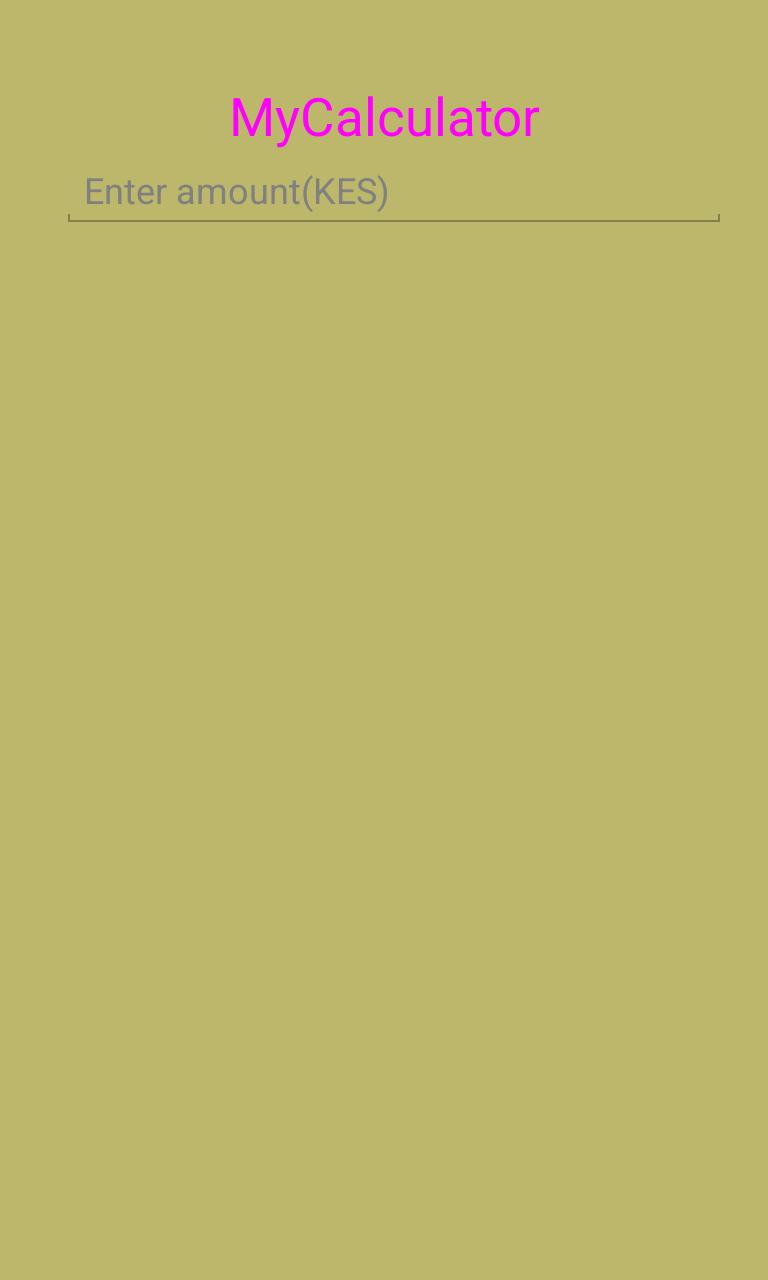
Repository: njiiriJohnii/Android-projects
Layout: MySimpleCalc/res/layout/activity_main.xml
The author's editor kept a copy of each file at every save. The layout is drawn from the files as they stood at one save, then again after the next save.
It is drawn on a 768 x 1280 px phone screen (xhdpi) without system bars, with theme AppTheme; the app's code is not run.

Above is the layout before, as saved 2014-05-29 08:29:05.

### MySimpleCalc/res/layout/activity_main.xml
<LinearLayout xmlns:android="http://schemas.android.com/apk/res/android"
    android:layout_width="fill_parent"
    android:layout_height="fill_parent"
    android:orientation="vertical"
    android:background="#BDB76B">
    <TextView
        android:layout_width="fill_parent"
        android:layout_height="wrap_content"
        android:text="MyCalculator"
        android:layout_marginTop="40dp"
        android:gravity="center"
        android:textColor="#FF00FF"
        android:textSize="12pt"
        />
    <EditText
        android:layout_width="fill_parent"
        android:layout_height="wrap_content"
        android:hint="Enter amount(KES)"
        android:layout_marginLeft="30dp"
        android:layout_marginRight="20dp"
        />


</LinearLayout>

Loaded but not shown: MySimpleCalc/res/values/styles.xml (common file); MySimpleCalc/res/values-v11/styles.xml (common file); MySimpleCalc/res/values-v14/styles.xml (common file)

After the next save:
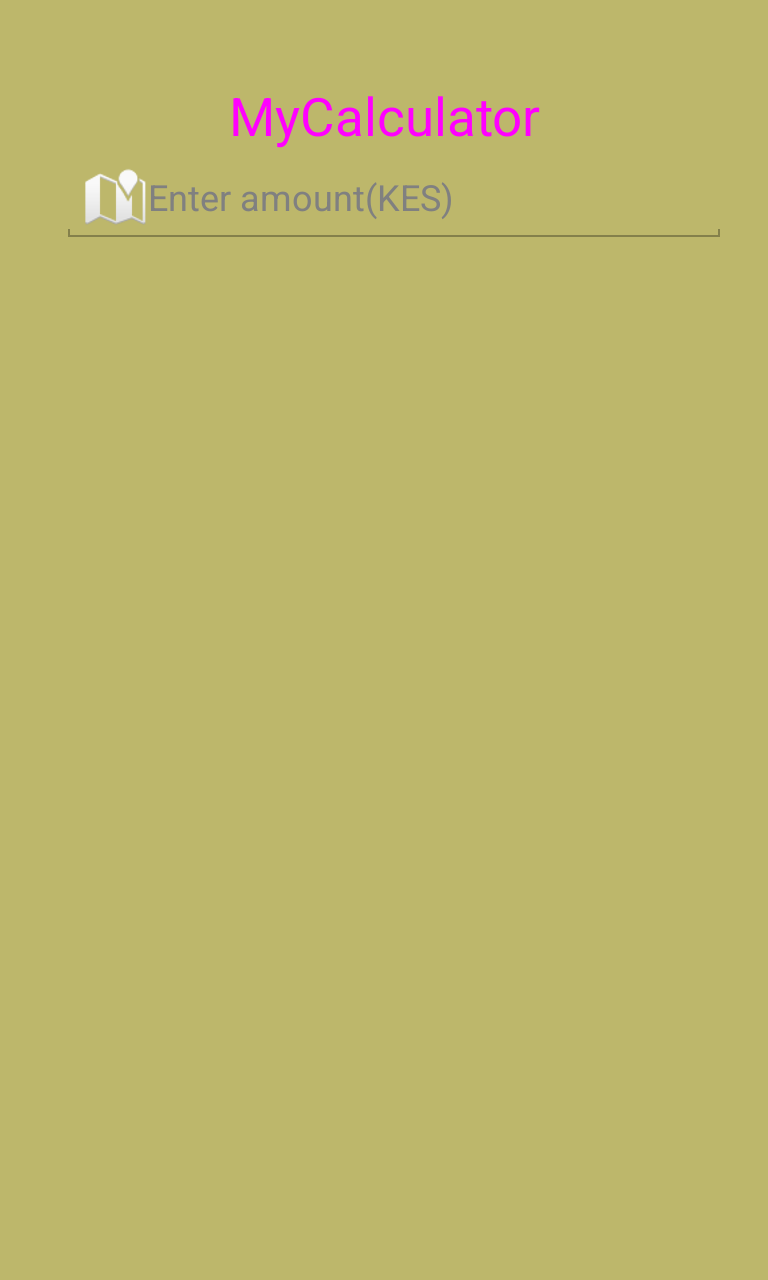
Saved 2 min 39 s later.
--- a/MySimpleCalc/res/layout/activity_main.xml
+++ b/MySimpleCalc/res/layout/activity_main.xml
@@ -18,6 +18,7 @@
         android:hint="Enter amount(KES)"
         android:layout_marginLeft="30dp"
         android:layout_marginRight="20dp"
+        android:drawableLeft="@android:drawable/ic_dialog_map"
         />
 
 
